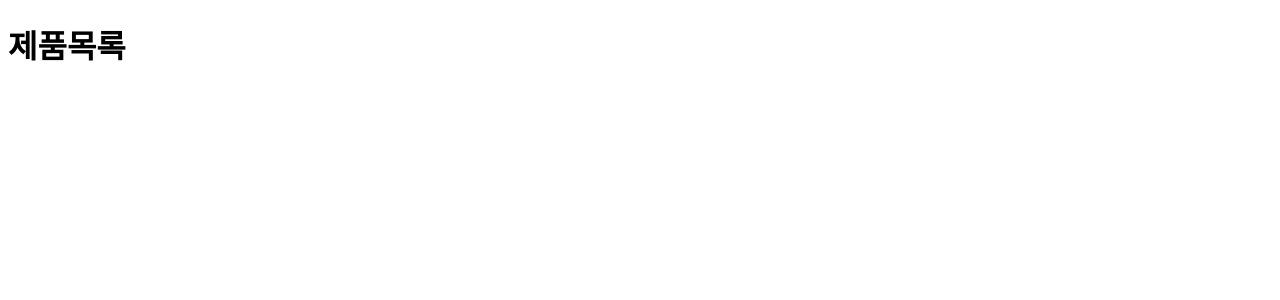
Repository: jibum1559/servlet-jsp-workspace
Page: http://localhost/Product_List/ProductList.jsp
The author's editor kept a copy of each file at every save. The page is drawn from the files as they stood at one save, then again after the next save.
The browser window is 1280 px wide. The pictures show the whole page.
The page is served by Tomcat 9.

Above is the page before, as saved 2023-11-09 01:00:54.

After the next save:
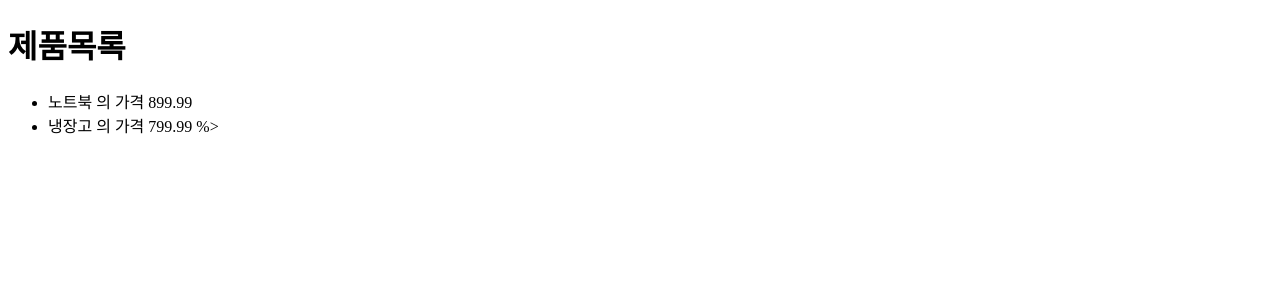
Saved 4 min 37 s later.
--- a/Product_List/src/main/webapp/ProductList.jsp
+++ b/Product_List/src/main/webapp/ProductList.jsp
@@ -14,6 +14,17 @@
 		<%
 			//제품 목록을 ArrayList에 저장
 			ArrayList<Product> products = new ArrayList<>();
+			products.add(new Product(1, "노트북", "전자제품", 899.99,10));
+			products.add(new Product(2, "냉장고", "가전제품", 799.99,10));
+
+			//for 문을 활용해서 제품목록을 반복해서 표현할 수 있음
+			for(Product p : products){
+				%>
+					<li><%= p.getProductName() %> 의 가격 <%= p.getPrice() %>
+				<%
+					}
+				%>
+
 		%>
 	</ul>
 </body>
